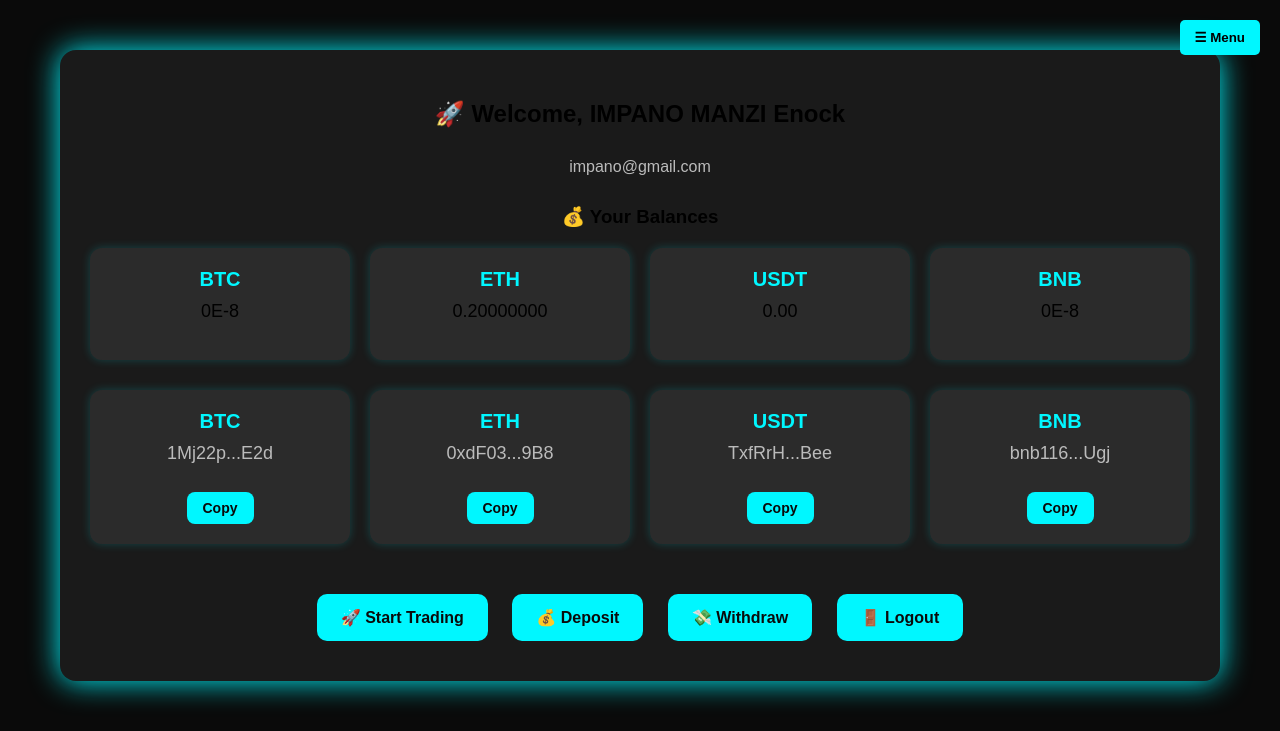
Repository: fredericIT/cypto
Page: http://localhost/dash/
An editor plug-in stored every save of this project. The page is shown before and after the next save, followed by the edit.
The browser window is 1280 px wide. The pictures show the whole page.
Some web fonts or font styles are not loaded; a fallback is used. The page is served by the project's application, run on Flask 3 (app.py). The user the application loads for id 1 is signed in. The page reads the database file committed with the project.

Above is the page before, as saved 2025-04-19 13:23:50.

After the next save:
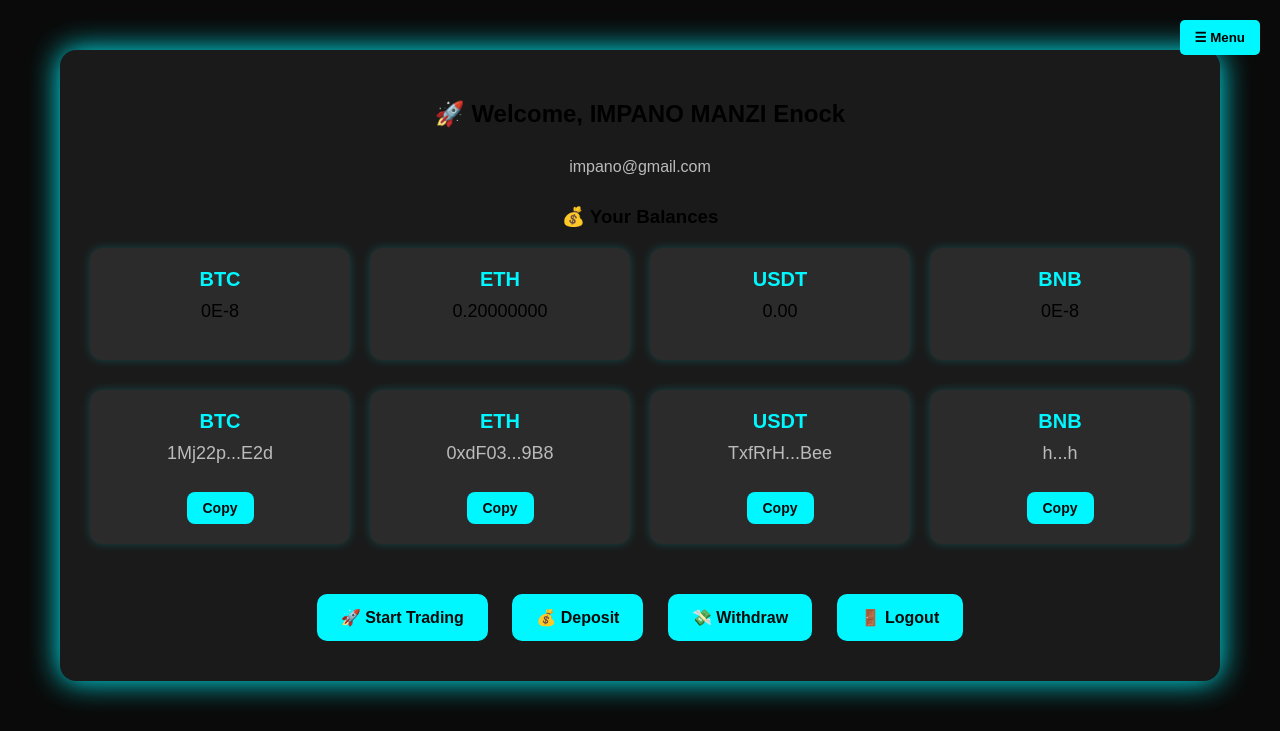
Saved 22 s later.
--- a/blueprints/dashboard.py
+++ b/blueprints/dashboard.py
@@ -22,7 +22,7 @@
                 'BTC': current_user.btc_wallet.deposit,
                 'ETH': current_user.eth_wallet.deposit,
                 'USDT': current_user.usdt_wallet.deposit,
-                'BNB': current_user.bnb_wallet.deposit
+                'BNB':"h"
             }
         }
     return render_template('user/dashboard.html', user=user_info)

After the save that followed:
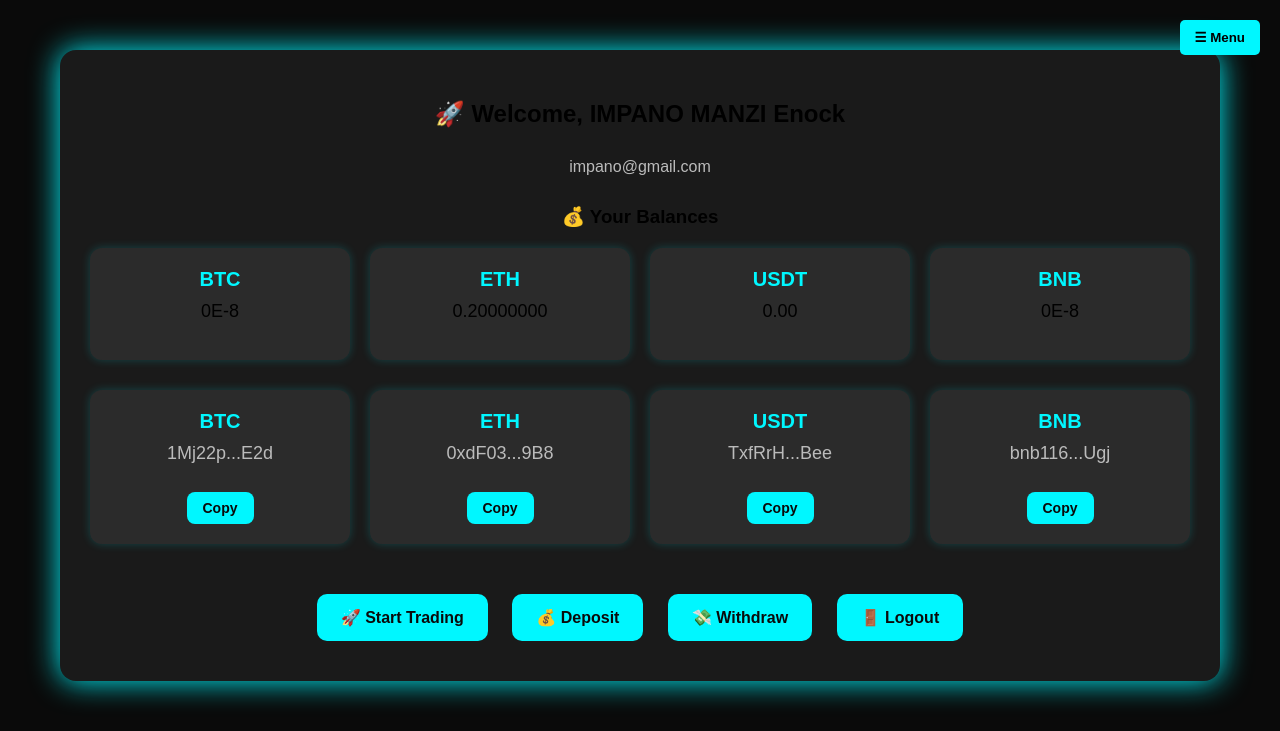
Saved 12 s later.
--- a/blueprints/dashboard.py
+++ b/blueprints/dashboard.py
@@ -22,7 +22,7 @@
                 'BTC': current_user.btc_wallet.deposit,
                 'ETH': current_user.eth_wallet.deposit,
                 'USDT': current_user.usdt_wallet.deposit,
-                'BNB':"h"
+                'BNB': current_user.bnb_wallet.deposit
             }
         }
     return render_template('user/dashboard.html', user=user_info)
